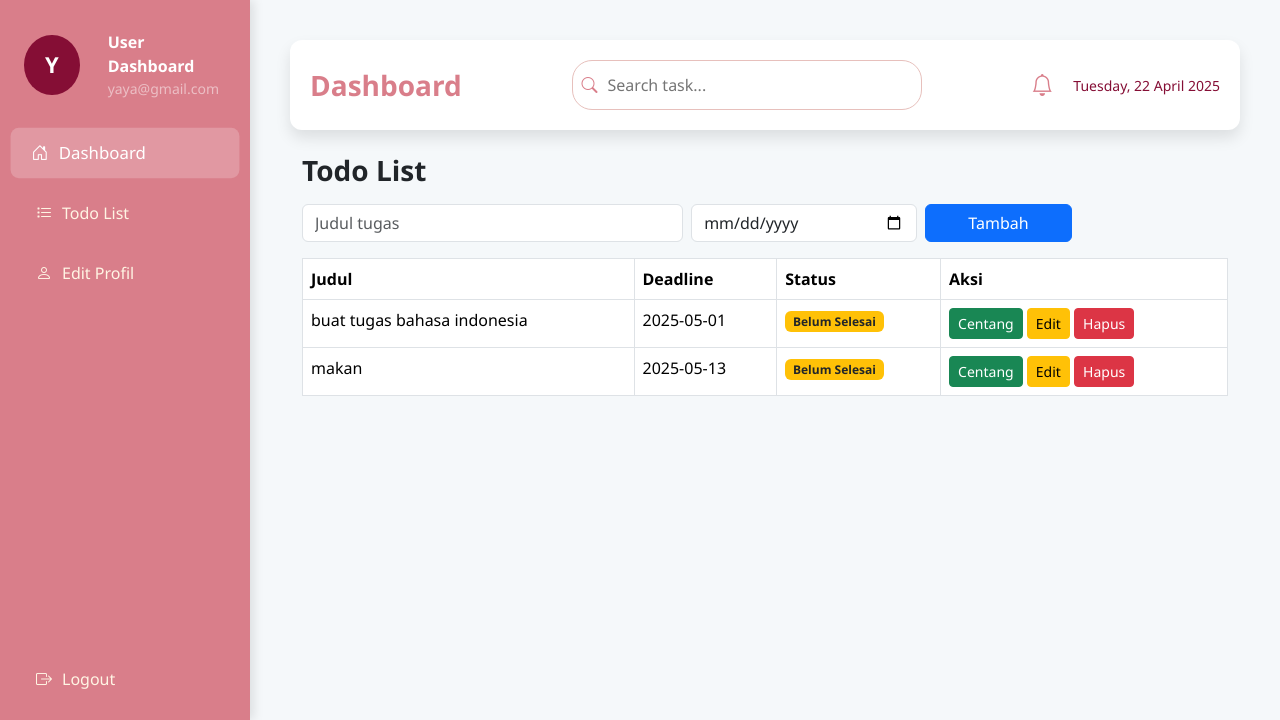
Repository: zhr-nabila/FloTime
Page: http://localhost/todo.php
An editor plug-in stored every save of this project. The page is shown before and after a run of saves, followed by the edit.
The browser window is 1280 px wide. The pictures show the whole page.
The page is run by PHP 8.4 with error messages shown; the project is at /var/www/html/. The session is filled in as if someone had signed in: {"email": "yaya@gmail.com", "status": "login", "user_id": 2}. The database holds what the project's SQL file puts in it.

Above is the page before, as saved 2025-04-22 13:28:14.

After the next 2 saves:
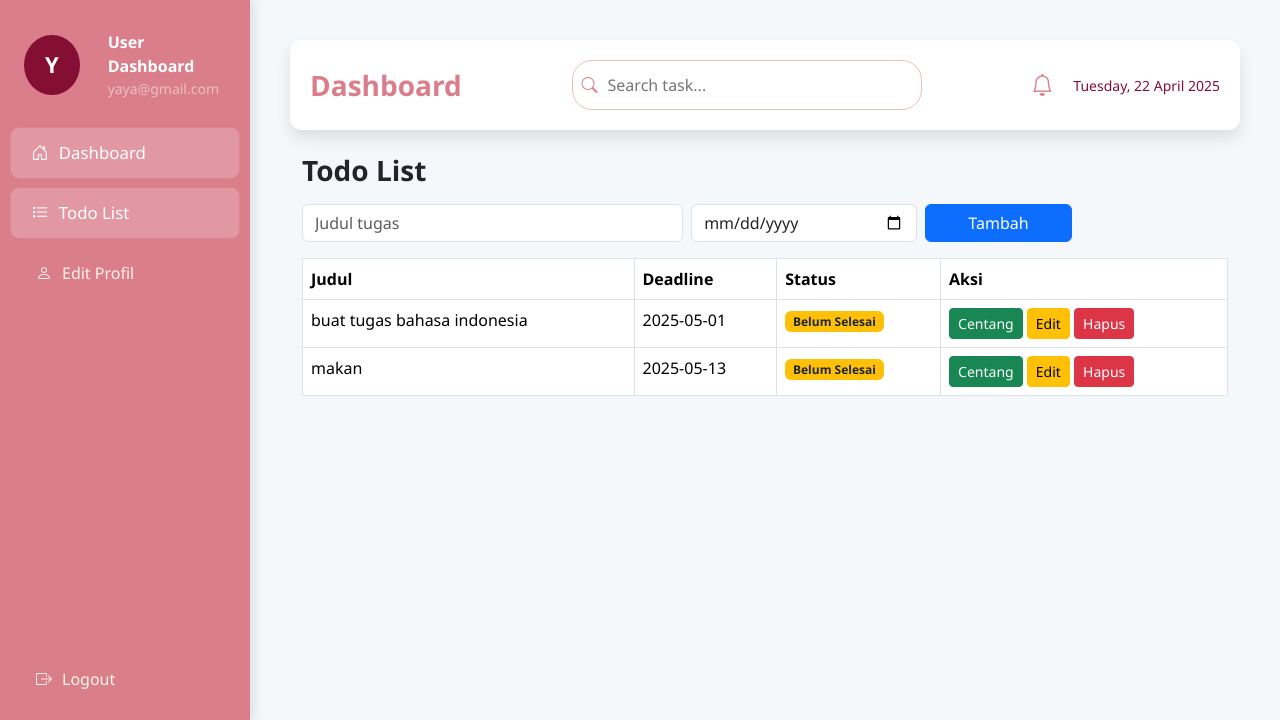
The 2 saves are shown as one change because they came seconds apart.
The last was saved 14 s later.
--- a/todo.php
+++ b/todo.php
@@ -72,7 +72,7 @@ $result = $stmt->get_result();
     </div>
     <nav class="nav flex-column px-3">
         <a class="nav-link active" href="dashboard.php"><i class="bi bi-house-door"></i> Dashboard</a>
-        <a class="nav-link" href="todo.php"><i class="bi bi-list-task"></i> Todo List</a>
+        <a class="nav-link active" href="todo.php"><i class="bi bi-list-task"></i> Todo List</a>
         <a class="nav-link" href="profile.php"><i class="bi bi-person"></i> Edit Profil</a>
         <a class="nav-link logout" href="logout.php"><i class="bi bi-box-arrow-right"></i> Logout</a>
     </nav>
